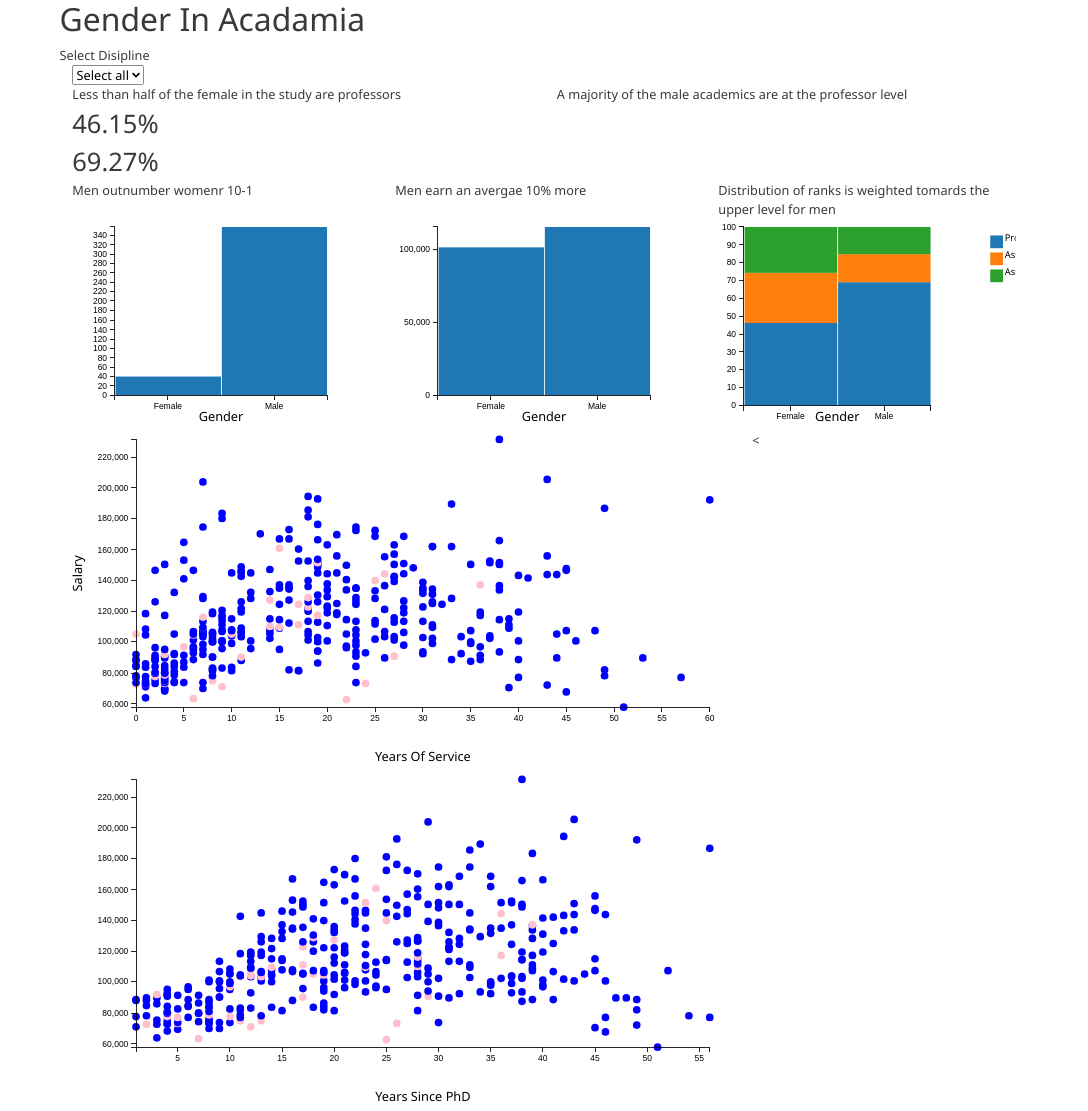
Repository: Angie55/dashboard-mini-project
Page: index.html
The author's editor kept a record of every edit. The page is drawn from the files as they stood at one moment, then again after the next edit.
The browser window is 1280 px wide. The pictures show the whole page, at 85% of full size.

Above is the page before.

After the next edit:
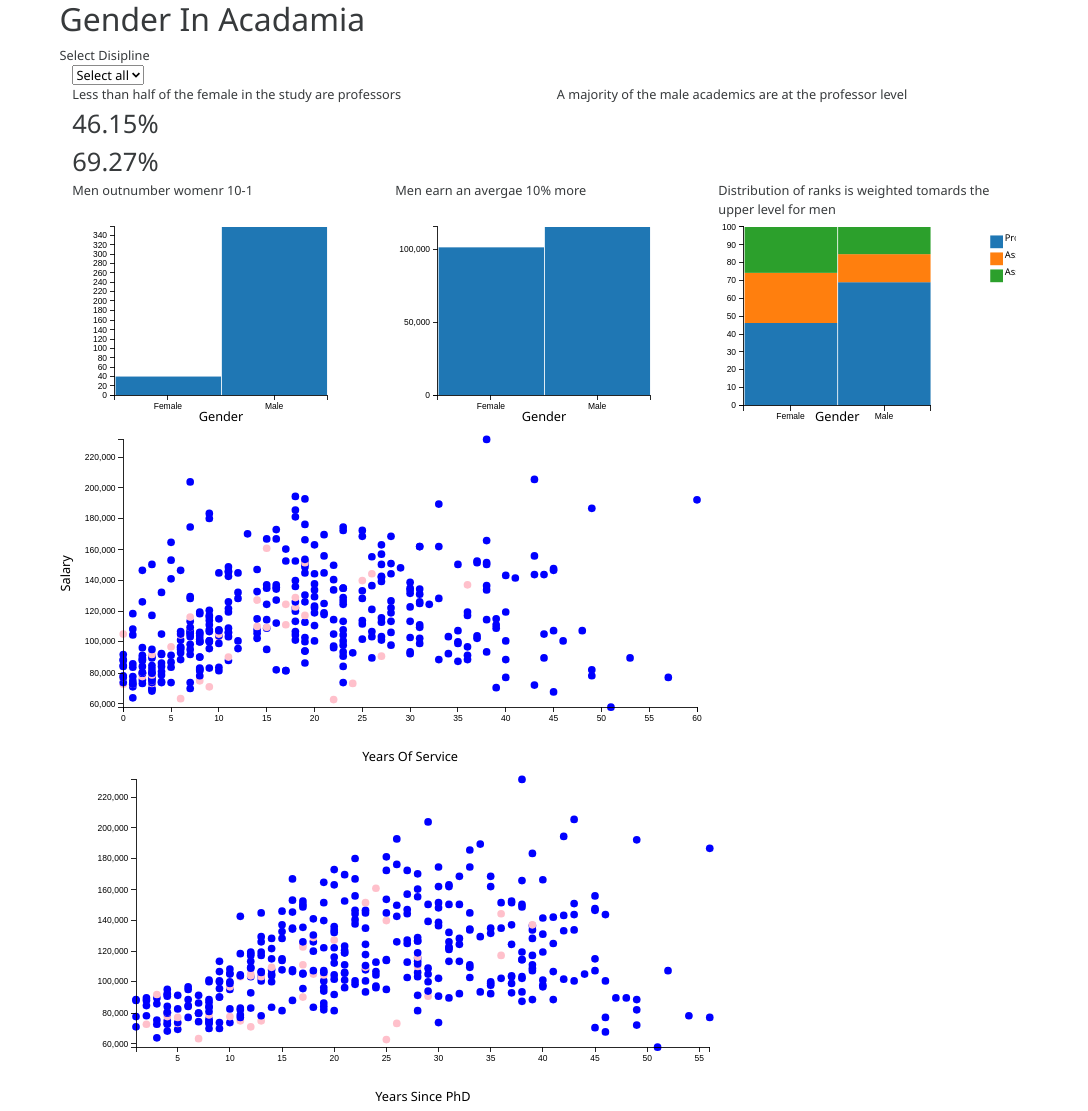
The edit:
--- a/index.html
+++ b/index.html
@@ -54,7 +54,7 @@
         </div>
 
 
-        <div><
+        <div class="row">
         <div id="service-salary"></div>
         </div>
         <div id="phd-salary"></div>
